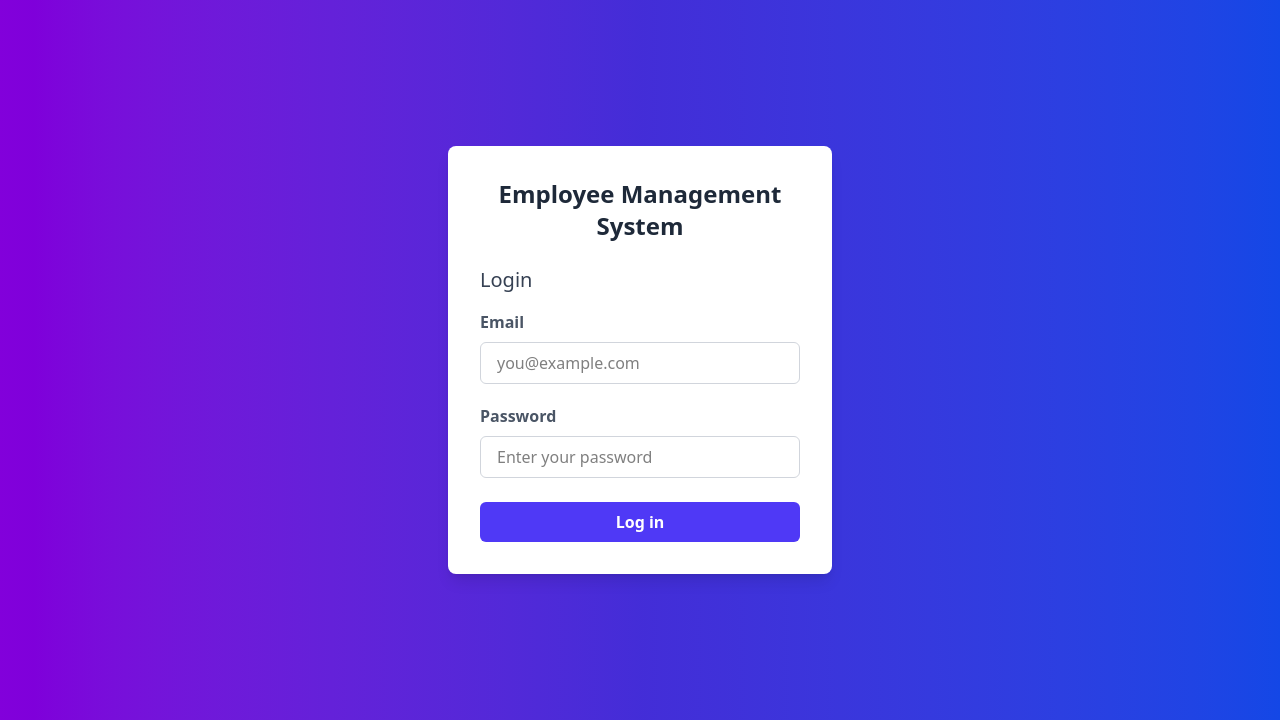
Repository: AuthnSapuarachchi/Employee-Management-System-MERN-Stack
Page: /login (app in frontend/)
These files come from the project's save history. The page is drawn as it stood at one moment and after the next save; the edit follows.
The browser window is 1280 px wide. The pictures show the whole page.
The project was rebuilt for these pictures with package versions that can differ from the ones it lists, and the page was loaded fresh each time. Also part of the build but not shown: frontend/vite.config.js, frontend/src/pages/AdminDashboard.jsx.

Above is the page before, as saved 2025-08-21 10:29:45.

### frontend/index.html
<!doctype html>
<html lang="en">

<head>
  <meta charset="UTF-8" />
  <link rel="icon" type="image/svg+xml" href="/vite.svg" />
  <meta name="viewport" content="width=device-width, initial-scale=1.0" />
  <title>EMS-AuthCodeLab</title>
</head>

<body>
  <div id="root"></div>
  <script type="module" src="/src/main.jsx"></script>
</body>

</html>

### frontend/src/App.jsx
import React from 'react'
import { BrowserRouter, Routes, Route, Navigate } from 'react-router-dom'
import Login from './pages/Login.jsx'
import AdminDashboard from './pages/AdminDashboard.jsx'

const App = () => {
  return (
    <BrowserRouter>
      <Routes>
        <Route path="/" element={<Navigate to="/admin-dashboard" />} />
        <Route path="/login" element={<Login />} />
        <Route path="/admin-dashboard" element={<AdminDashboard />} />
      </Routes>
    </BrowserRouter>
  )
}

export default App

### frontend/src/pages/Login.jsx
import React from 'react'

const Login = () => {
  return (
    <div className="min-h-screen flex items-center justify-center bg-gradient-to-r from-purple-700 via-indigo-700 to-blue-700 p-4">
      <div className="bg-white shadow-lg rounded-lg max-w-sm w-full p-8">
        <h2 className="text-2xl font-semibold text-center mb-6 text-gray-800">Employee Management System</h2>
        <form>
          <h3 className="text-xl font-medium mb-4 text-gray-700">Login</h3>
          <div className="mb-5">
            <label htmlFor="email" className="block text-gray-600 mb-2 font-semibold">
              Email
            </label>
            <input
              type="email"
              id="email"
              name="email"
              required
              className="w-full px-4 py-2 border border-gray-300 rounded-md focus:outline-none focus:ring-2 focus:ring-indigo-500 focus:border-indigo-500 transition"
              placeholder="you@example.com"
            />
          </div>
          <div className="mb-6">
            <label htmlFor="password" className="block text-gray-600 mb-2 font-semibold">
              Password
            </label>
            <input
              type="password"
              id="password"
              name="password"
              required
              className="w-full px-4 py-2 border border-gray-300 rounded-md focus:outline-none focus:ring-2 focus:ring-indigo-500 focus:border-indigo-500 transition"
              placeholder="Enter your password"
            />
          </div>
          <button
            type="submit"
            className="w-full bg-indigo-600 text-white font-semibold py-2 rounded-md hover:bg-indigo-700 transition"
          >
            Log in
          </button>
        </form>
      </div>
    </div>
  )
}

export default Login

Loaded but not shown: frontend/src/main.jsx (common file); frontend/src/index.css (common file)

After the next save:
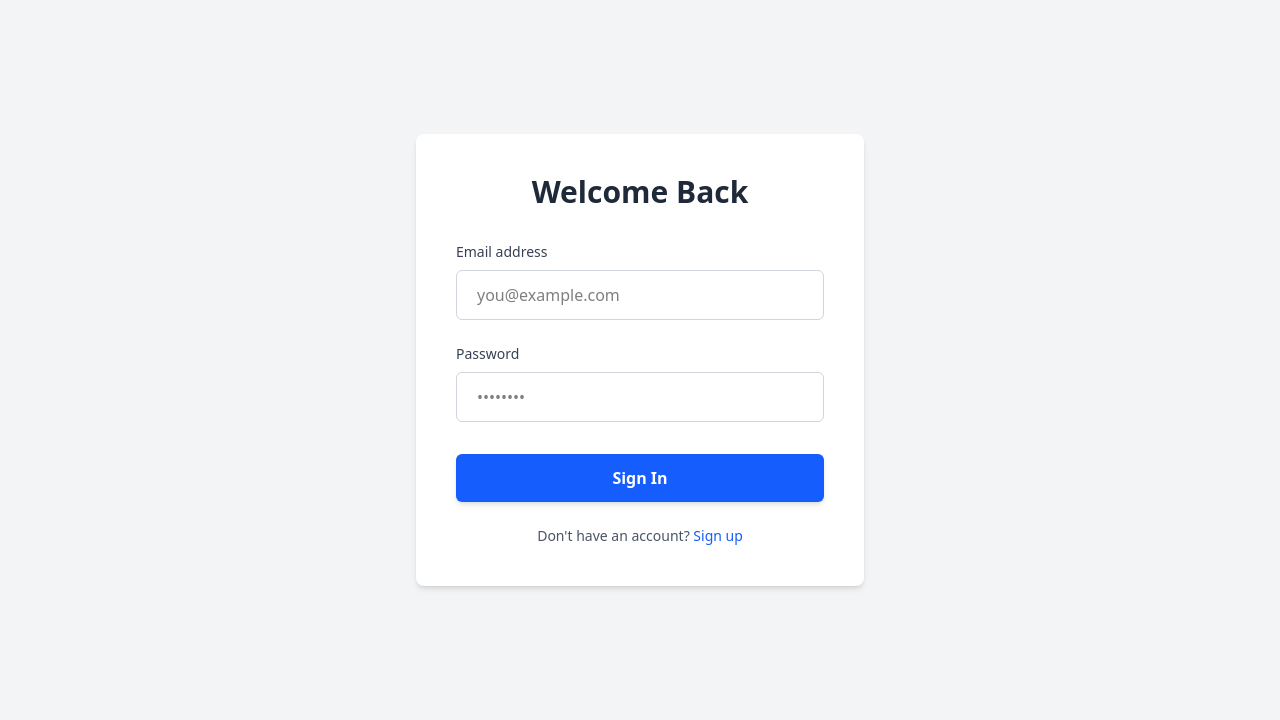
Saved 49 s later.
--- a/frontend/src/pages/Login.jsx
+++ b/frontend/src/pages/Login.jsx
@@ -2,26 +2,25 @@ import React from 'react'
 
 const Login = () => {
   return (
-    <div className="min-h-screen flex items-center justify-center bg-gradient-to-r from-purple-700 via-indigo-700 to-blue-700 p-4">
-      <div className="bg-white shadow-lg rounded-lg max-w-sm w-full p-8">
-        <h2 className="text-2xl font-semibold text-center mb-6 text-gray-800">Employee Management System</h2>
+    <div className="min-h-screen flex items-center justify-center bg-gray-100 px-4">
+      <div className="bg-white shadow-md rounded-lg max-w-md w-full p-10">
+        <h2 className="text-3xl font-extrabold mb-8 text-center text-gray-800">Welcome Back</h2>
         <form>
-          <h3 className="text-xl font-medium mb-4 text-gray-700">Login</h3>
-          <div className="mb-5">
-            <label htmlFor="email" className="block text-gray-600 mb-2 font-semibold">
-              Email
+          <div className="mb-6">
+            <label htmlFor="email" className="block mb-2 text-sm font-medium text-gray-700">
+              Email address
             </label>
             <input
               type="email"
               id="email"
               name="email"
               required
-              className="w-full px-4 py-2 border border-gray-300 rounded-md focus:outline-none focus:ring-2 focus:ring-indigo-500 focus:border-indigo-500 transition"
               placeholder="you@example.com"
+              className="w-full px-5 py-3 border border-gray-300 rounded-md focus:outline-none focus:ring-4 focus:ring-blue-300 focus:border-blue-500 transition"
             />
           </div>
-          <div className="mb-6">
-            <label htmlFor="password" className="block text-gray-600 mb-2 font-semibold">
+          <div className="mb-8">
+            <label htmlFor="password" className="block mb-2 text-sm font-medium text-gray-700">
               Password
             </label>
             <input
@@ -29,17 +28,23 @@ const Login = () => {
               id="password"
               name="password"
               required
-              className="w-full px-4 py-2 border border-gray-300 rounded-md focus:outline-none focus:ring-2 focus:ring-indigo-500 focus:border-indigo-500 transition"
-              placeholder="Enter your password"
+              placeholder="••••••••"
+              className="w-full px-5 py-3 border border-gray-300 rounded-md focus:outline-none focus:ring-4 focus:ring-blue-300 focus:border-blue-500 transition"
             />
           </div>
           <button
             type="submit"
-            className="w-full bg-indigo-600 text-white font-semibold py-2 rounded-md hover:bg-indigo-700 transition"
+            className="w-full bg-blue-600 text-white font-semibold py-3 rounded-md shadow-md hover:bg-blue-700 transition"
           >
-            Log in
+            Sign In
           </button>
         </form>
+        <p className="mt-6 text-center text-sm text-gray-600">
+          Don&apos;t have an account?{' '}
+          <a href="/register" className="text-blue-600 hover:underline">
+            Sign up
+          </a>
+        </p>
       </div>
     </div>
   )
